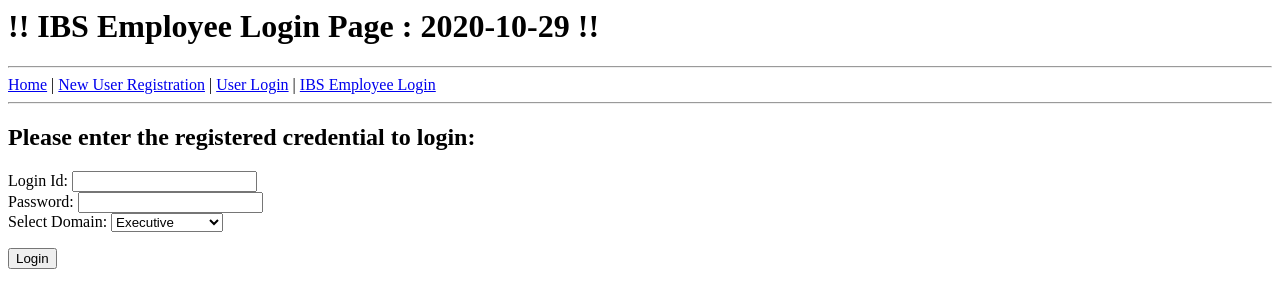
Repository: anik84/ibs
Page: http://localhost/IBS/ibs_employee_login.jsp
An editor plug-in stored every save of this project. The page is shown before and after the next save, followed by the edit.
The browser window is 1280 px wide. The pictures show the whole page.
The page is served by Tomcat 9. Other server files are loaded and not shown.

Above is the page before, as saved 2020-10-29 06:10:10.

### IBS_JSPs/IBS/WebContent/ibs_employee_login.jsp
<%@page import="java.time.LocalDate"%>
<html>
<head>
<title>login page</title>
</head>
<body>
	<h1>
		!! IBS Employee Login Page :
		<%=LocalDate.now()%>
		!!
	</h1>
	<jsp:include page="user_menu.jsp" />

	<h2>Please enter the registered credential to login:</h2>
	<form action="newuser" method="POST">
		<div>
			<label>Login Id: </label> <input type="text" name="firstName"
				required />
		</div>
		<div>
			<label>Password:</label> <input type="text" name="lastName" required />
		</div>
		<form>Select Domain:
			<select name="category">
				<option value="category_1">Executive</option>
				<option value="category_2">Representative</option>

			</select>
		</form>
		<div>
			<button>Login</button>
		</div>
	</form>
</body>
</html>

### IBS_JSPs/IBS/WebContent/user_menu.jsp
<nav>
	<hr />
	 <a href="index.jsp">Home</a>
	 <span> | </span>
	 <a href="new_user_registration_form.jsp">New User Registration</a>
	 <span> | </span>
	 <a href="user_login.jsp">User Login</a>
	 <span> | </span>
	 <a href="ibs_employee_login.jsp">IBS Employee Login</a>
	<hr />
</nav>

After the next save:
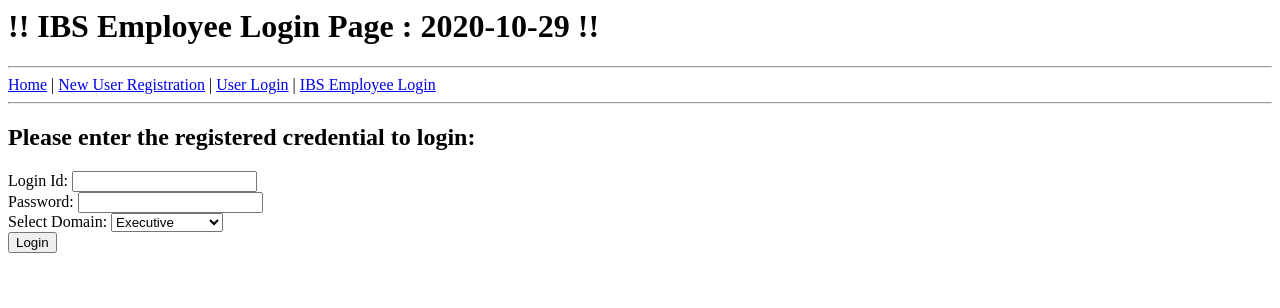
Saved 2 min 16 s later.
--- a/IBS_JSPs/IBS/WebContent/ibs_employee_login.jsp
+++ b/IBS_JSPs/IBS/WebContent/ibs_employee_login.jsp
@@ -20,13 +20,13 @@
 		<div>
 			<label>Password:</label> <input type="text" name="lastName" required />
 		</div>
-		<form>Select Domain:
+		<div>Select Domain:
 			<select name="category">
 				<option value="category_1">Executive</option>
 				<option value="category_2">Representative</option>
 
 			</select>
-		</form>
+		</div>
 		<div>
 			<button>Login</button>
 		</div>
